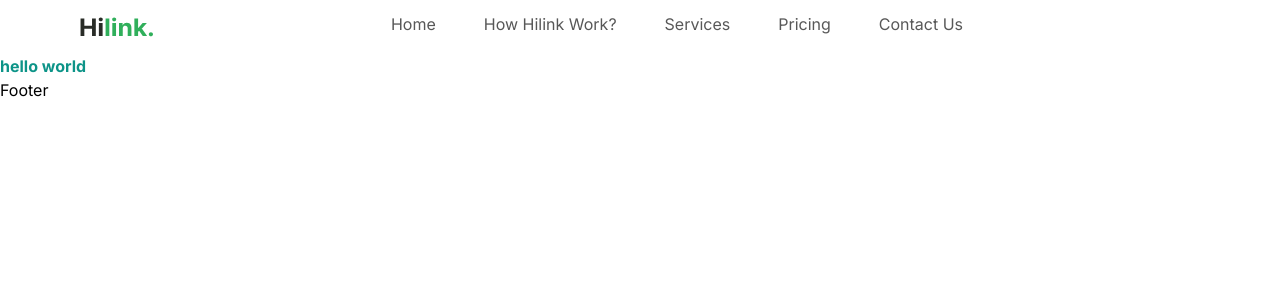
Repository: martin-raphael/travel_agency
Page: /
These files come from the project's save history. The page is drawn as it stood at one moment and after the next save; the edit follows.
The browser window is 1280 px wide. The pictures show the whole page.
The project was rebuilt for these pictures with package versions that can differ from the ones it lists, and the page was loaded fresh each time. The framework's server and built-in components were replaced by stand-ins that run in the browser. Also part of the build but not shown: next.config.mjs.

Above is the page before, as saved 2024-08-08 17:07:36.

After the next save:
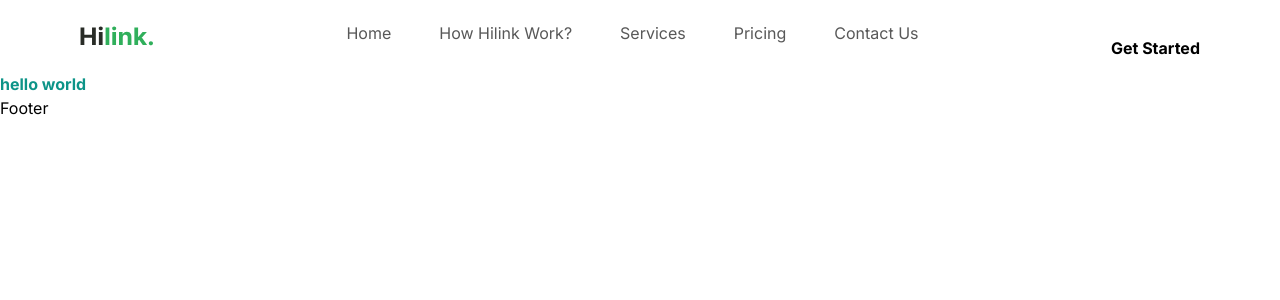
Saved 3 s later.
--- a/components/Navbar.tsx
+++ b/components/Navbar.tsx
@@ -21,7 +21,11 @@ const Navbar = () => {
        </ul>
 
        <div className=" lg:flexCenter hidden">
-        <Button/>
+        <Button
+        type="button"
+        title="Get Started"
+        icon="/user.svg"
+        variant="btn_dark_green"/>
        </div>
     </nav>
   );
